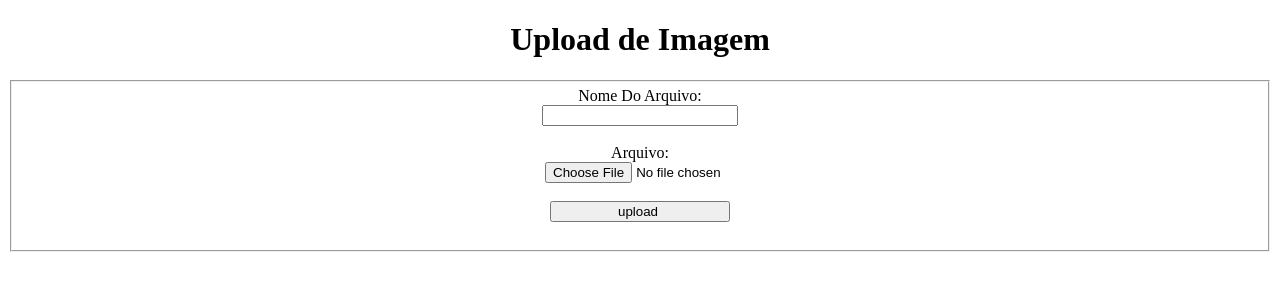
Repository: ThaysaM/upload-de-imagem-java-web
Page: http://localhost/projetoSelecao_Servelet/
The author's editor kept a copy of each file at every save. The page is drawn from the files as they stood at one save, then again after the next save.
The browser window is 1280 px wide. The pictures show the whole page.
The page is served by Tomcat 9.

Above is the page before, as saved 2020-09-13 16:42:22.

### projetoSelecao Servelet/WebContent/index.jsp
<%@ page language="java" contentType="text/html; charset=ISO-8859-1"
    pageEncoding="ISO-8859-1"%>
<!DOCTYPE html PUBLIC "-//W3C//DTD HTML 4.01 Transitional//EN" "http://www.w3.org/TR/html4/loose.dtd">
<html>
<head>
	<meta http-equiv="Content-Type" content="text/html; charset=ISO-8859-1">
	<title>Upload de Imagem</title>

	<style type="text/css">
		input{
			width: 180px;
			padding-right: 10px;
		}
	</style>

</head>
<body>
	<center>
		<h1>Upload de Imagem</h1>
		<form action="ProjetoUpload" enctype="multipart/form-data" method="post">
	    	<fieldset>
	    		<div class="row">
		    		<div>
		    			Nome Do Arquivo:<br/>
			        	<input type="text" name="file_name"  width="20px"><br/><br/>
		    		</div>
			    	<div>
			    		Arquivo:<br/>
						<input type="file" name="file2"/><br/><br/>
			    	</div>
					<input type="submit" value="upload" /><br/><br/>
				</div>
			</fieldset>
	     </form>
	           <%
		           	String file_name=(String)request.getParameter("filename");
		           	if(file_name!=null){
		        	   	out.println(file_name+" File uploaded successfuly");

		       %><br>
		       		<img src="http://localhost:8080/arquivo_upload/<%=file_name%>">
		       <%

	           		}
	           %>

	</center>

</body>
</html>

After the next save:
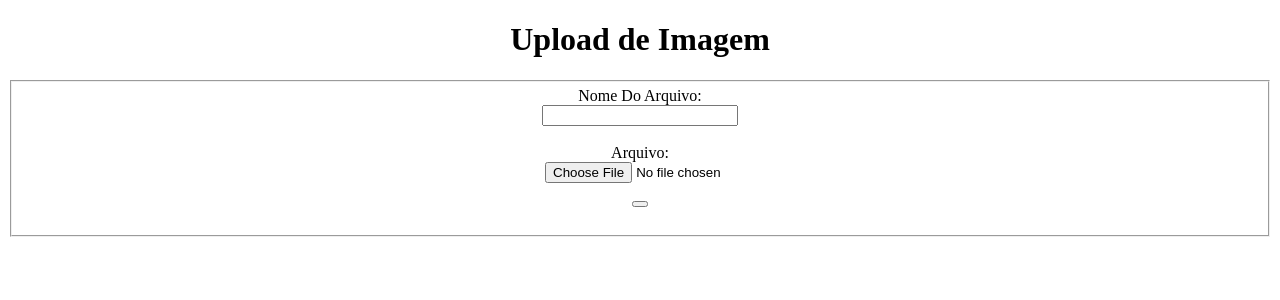
Saved 44 s later.
--- a/projetoSelecao Servelet/WebContent/index.jsp
+++ b/projetoSelecao Servelet/WebContent/index.jsp
@@ -28,7 +28,7 @@
 			    		Arquivo:<br/>
 						<input type="file" name="file2"/><br/><br/>
 			    	</div>
-					<input type="submit" value="upload" /><br/><br/>
+					<button type="submit" value="upload"></button><br/><br/>
 				</div>
 			</fieldset>
 	     </form>

After the save that followed:
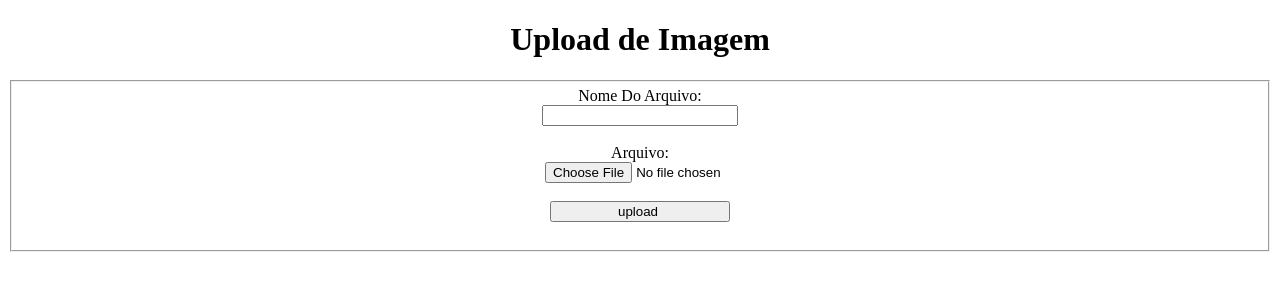
Saved 19 s later.
--- a/projetoSelecao Servelet/WebContent/index.jsp
+++ b/projetoSelecao Servelet/WebContent/index.jsp
@@ -28,7 +28,7 @@
 			    		Arquivo:<br/>
 						<input type="file" name="file2"/><br/><br/>
 			    	</div>
-					<button type="submit" value="upload"></button><br/><br/>
+					<input type="submit" value="upload" /><br/><br/>
 				</div>
 			</fieldset>
 	     </form>
